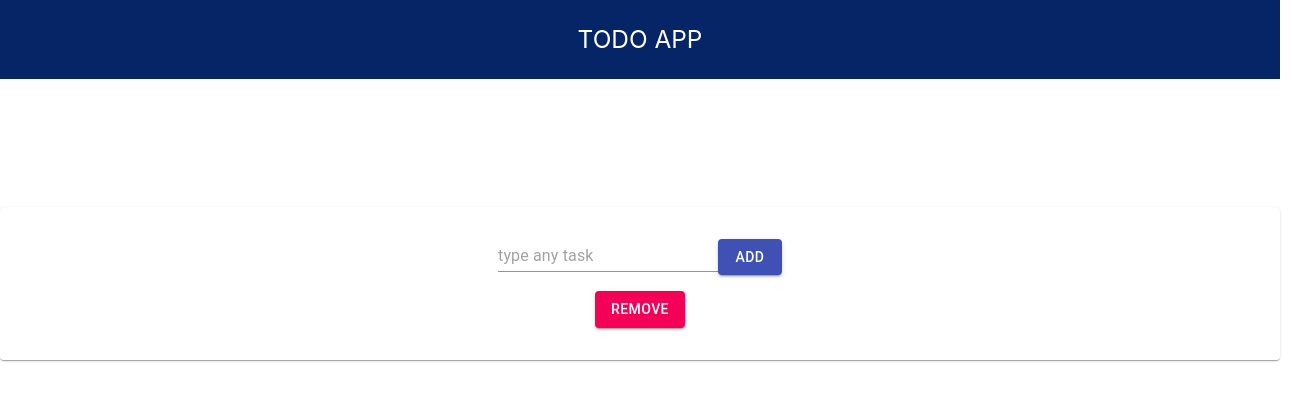
Repository: Shams97/Todo-app
Page: /
The author's editor kept a copy of each file at every save. The page is drawn from the files as they stood at one save, then again after the next save.
The browser window is 1280 px wide. The page is 1292 px wide, so the pictures cover 1292 px, including what lies to the right of the window. The pictures show the whole page.
The project was rebuilt for these pictures with package versions that can differ from the ones it lists, and the page was loaded fresh each time.

Above is the page before, as saved 2021-06-27 00:45:12.

### src/App.js
import './App.css';
import Tasks from './tasks/tasks';
function App() {
  return (
    <div className="App">
      <header className="App-header">
            <p> TODO APP</p>
      </header>
      <Tasks/>
    </div>
  );
}

export default App;

### src/App.css
.App {
  text-align: center;
}

.App-header {
  background-color: #052566;
  min-height: 10vh;
  display: flex;
  flex-direction: column;
  align-items: center;
  justify-content: center;
  font-size: calc(10px + 2vmin);
  color: white;
  margin-bottom: 10%;
}
.container {
  padding:0% 2%;
}

### src/tasks/tasks.js
import React,{useState} from "react";
import { makeStyles } from '@material-ui/core/styles';
import AddIcon from '@material-ui/icons/Add';
import DeleteIcon from '@material-ui/icons/Delete';
import { Button,Input,Grid,Paper } from "@material-ui/core";

const useStyles = makeStyles((theme) => ({
    root: {
      flexGrow: 1,
    },
    paper: {
      padding: theme.spacing(4),
      textAlign: 'center',
      color: theme.palette.text.secondary,
    },
  }));

export default function Tasks() {
    const classes = useStyles();
    const [task, setTask] = useState('')
    const [newtask, setNewTask] = useState([])

    const addTask=()=>{
        setNewTask((prev)=>{
			return [...prev, task]
		});
        setTask('');
    }

    return (
        <Grid container spacing={3} className={classes.root}>
            <Grid item xs={12}>
                <Paper className={classes.paper}>
                    <Input placeholder="type any task" onChange={(e) => setTask(e.target.value)} value={task}></Input>
                    <Button type="submit" color="primary" variant="contained" onClick={addTask}>
                       Add
                    </Button>
                        <ul>
                            { newtask.map((val)=>{
                                    return <li>{val}</li>  })
                            }
                            </ul>
                    <div>

                    { newtask ?
                    <Button variant="contained" color="secondary" onClick={ () => { setNewTask([])}}>
                        Remove
                    </Button>
                    : null}
                    </div>
                </Paper>
            </Grid>
        </Grid>
  );
}

Loaded but not shown: public/index.html (common file); src/index.js (common file); src/index.css (common file); src/reportWebVitals.js (common file)

After the next save:
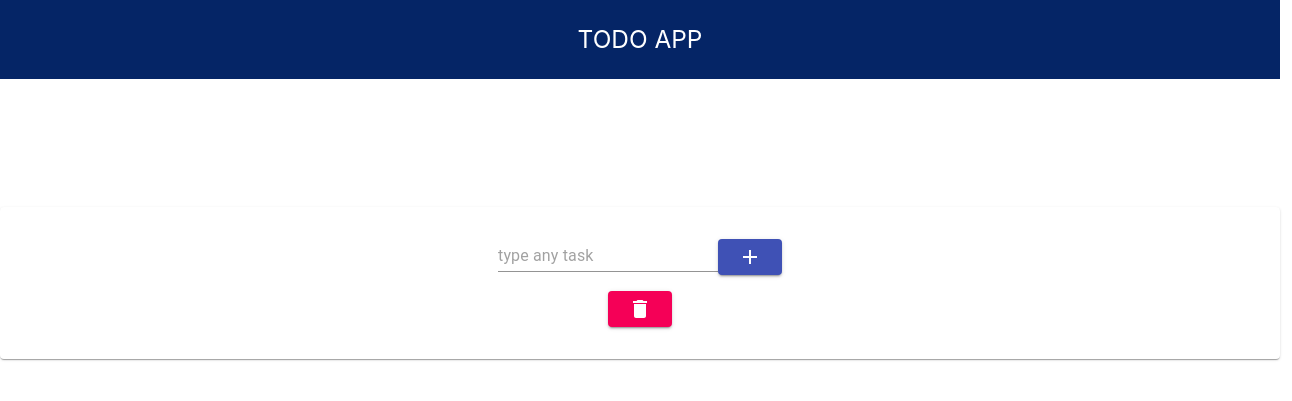
Saved 25 s later.
--- a/src/tasks/tasks.js
+++ b/src/tasks/tasks.js
@@ -33,7 +33,7 @@ export default function Tasks() {
                 <Paper className={classes.paper}>
                     <Input placeholder="type any task" onChange={(e) => setTask(e.target.value)} value={task}></Input>
                     <Button type="submit" color="primary" variant="contained" onClick={addTask}>
-                       Add
+                       <AddIcon/>
                     </Button>
                         <ul>
                             { newtask.map((val)=>{
@@ -44,7 +44,7 @@ export default function Tasks() {
 
                     { newtask ?
                     <Button variant="contained" color="secondary" onClick={ () => { setNewTask([])}}>
-                        Remove
+                        <DeleteIcon/>
                     </Button>
                     : null}
                     </div>
